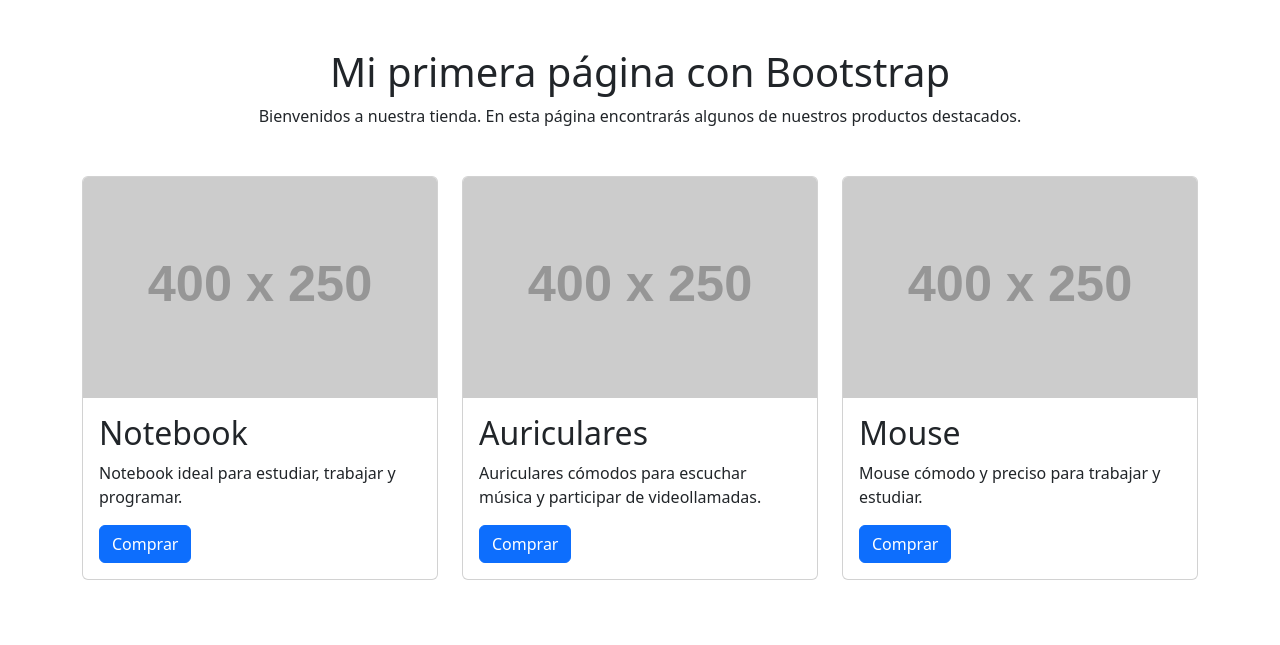
Repository: damyzacarias-web/clase4-full-stack
Page: boostrap.html
These files come from the project's save history. The page is drawn as it stood at one moment and after the next save; the edit follows.
The browser window is 1280 px wide. The pictures show the whole page.

Above is the page before, as saved 2026-09-23 08:14:35.

### boostrap.html
<!DOCTYPE html>
<html lang="es">
<head>
    <meta charset="UTF-8">
    <meta name="viewport" content="width=device-width, initial-scale=1.0">

    <title>Mi primera página con Bootstrap</title>

    <!-- Bootstrap -->
    <link href="https://cdn.jsdelivr.net/npm/bootstrap@5.3.3/dist/css/bootstrap.min.css" rel="stylesheet">
</head>

<body>

    <div class="container">

        <!-- Título y descripción -->
        <div class="text-center my-5">
            <h1>Mi primera página con Bootstrap</h1>

            <p>
                Bienvenidos a nuestra tienda. En esta página
                encontrarás algunos de nuestros productos destacados.
            </p>
        </div>

        <!-- Productos -->
        <div class="row">

            <!-- Producto 1 -->
            <div class="col-md-4 mb-4">
                <div class="card">
                    <img src="https://via.placeholder.com/400x250"
                         class="card-img-top"
                         alt="Notebook">

                    <div class="card-body">
                        <h2 class="card-title">Notebook</h2>

                        <p class="card-text">
                            Notebook ideal para estudiar, trabajar
                            y programar.
                        </p>

                        <a href="#" class="btn btn-primary">
                            Comprar
                        </a>
                    </div>
                </div>
            </div>

            <!-- Producto 2 -->
            <div class="col-md-4 mb-4">
                <div class="card">
                    <img src="https://via.placeholder.com/400x250"
                         class="card-img-top"
                         alt="Auriculares">

                    <div class="card-body">
                        <h2 class="card-title">Auriculares</h2>

                        <p class="card-text">
                            Auriculares cómodos para escuchar música
                            y participar de videollamadas.
                        </p>

                        <a href="#" class="btn btn-primary">
                            Comprar
                        </a>
                    </div>
                </div>
            </div>

            <!-- Producto 3 -->
            <div class="col-md-4 mb-4">
                <div class="card">
                    <img src="https://via.placeholder.com/400x250"
                         class="card-img-top"
                         alt="Mouse">

                    <div class="card-body">
                        <h2 class="card-title">Mouse</h2>

                        <p class="card-text">
                            Mouse cómodo y preciso para trabajar
                            y estudiar.
                        </p>

                        <a href="#" class="btn btn-primary">
                            Comprar
                        </a>
                    </div>
                </div>
            </div>

        </div>
    </div>

</body>
</html>

After the next save:
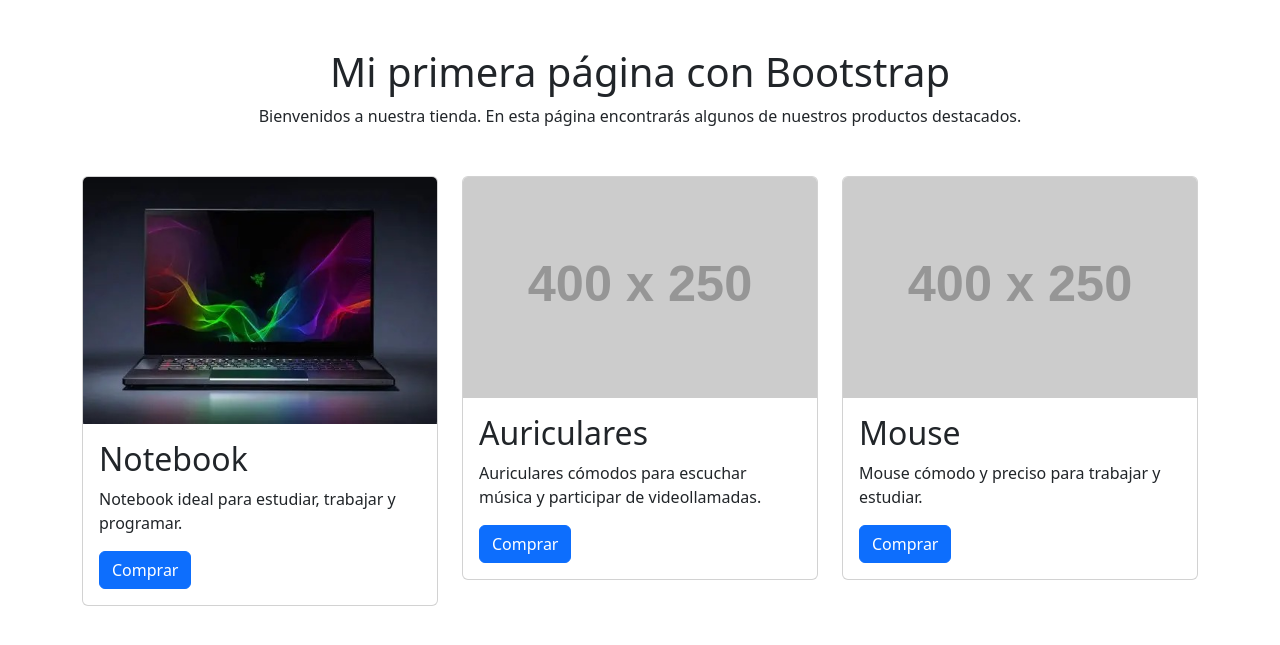
Saved 2 days later.
--- a/boostrap.html
+++ b/boostrap.html
@@ -30,10 +30,7 @@
             <!-- Producto 1 -->
             <div class="col-md-4 mb-4">
                 <div class="card">
-                    <img src="https://via.placeholder.com/400x250"
-                         class="card-img-top"
-                         alt="Notebook">
-
+                    <img src="img/note.jpeg" class="card-img-top" alt="Notebook">
                     <div class="card-body">
                         <h2 class="card-title">Notebook</h2>
 
